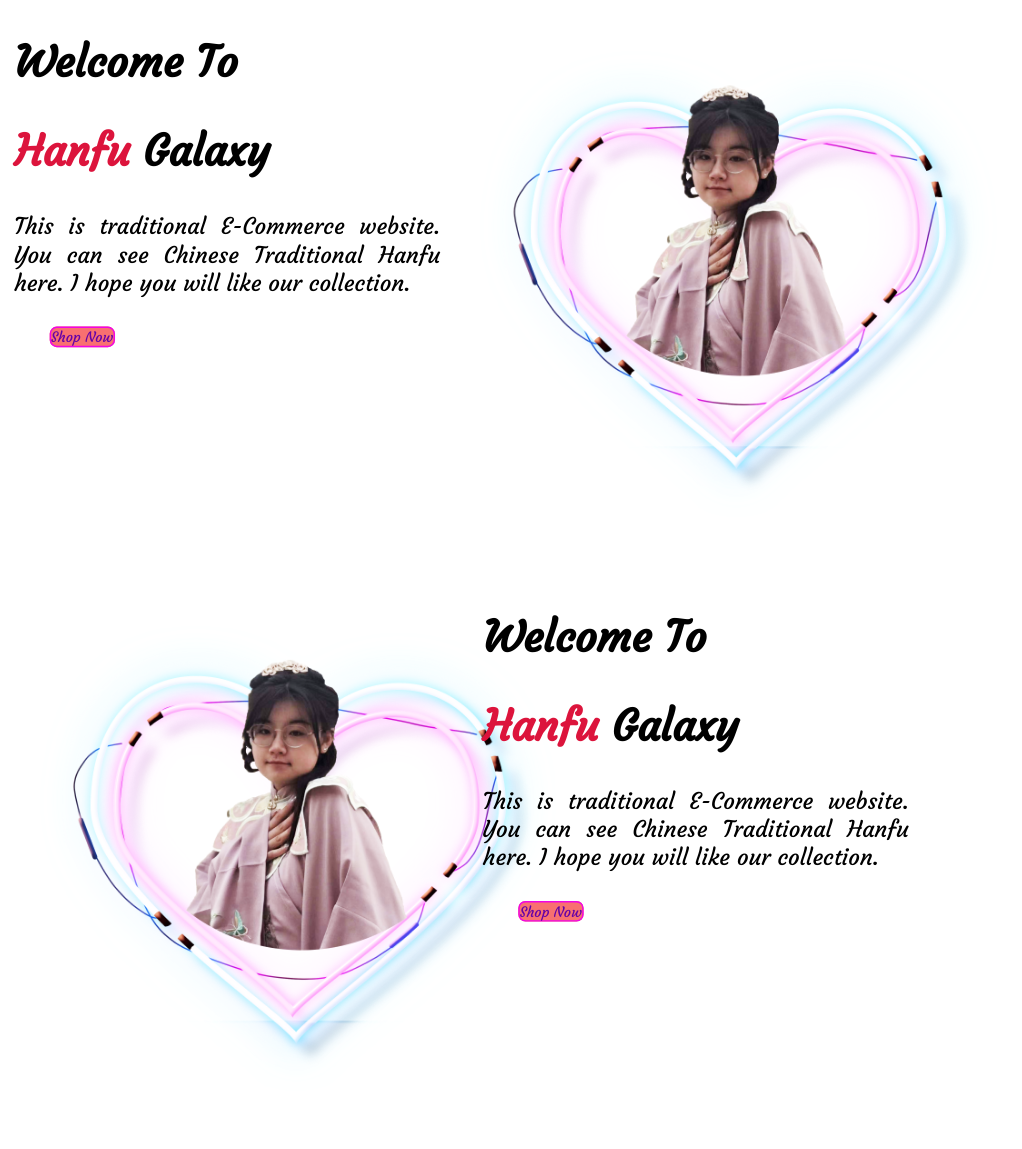
Repository: ramizraaz/E-Commerce
Page: index.html
The author's editor kept a copy of each file at every save. The page is drawn from the files as they stood at one save, then again after the next save.
The browser window is 1280 px wide. The page is 1440 px wide, so the pictures cover 1440 px, including what lies to the right of the window. The pictures show the whole page, at 71% of full size.

Above is the page before, as saved 2022-02-06 21:14:28.

After the next save:
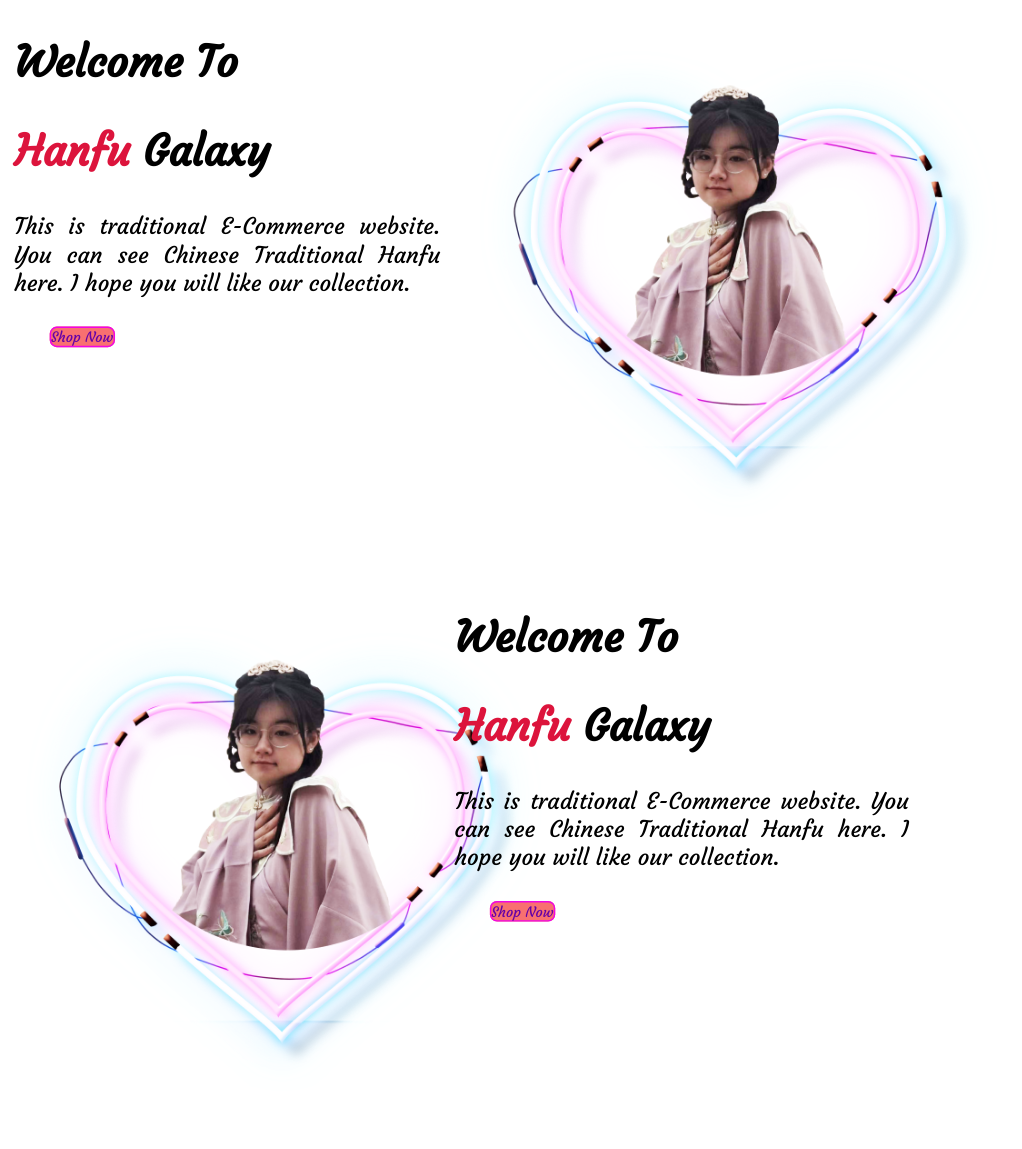
Saved 65 s later.
--- a/main.css
+++ b/main.css
@@ -43,3 +43,7 @@ a {
 .mid {
     display: flex;
 }
+
+.mid .container {
+    padding: 0px;
+}
